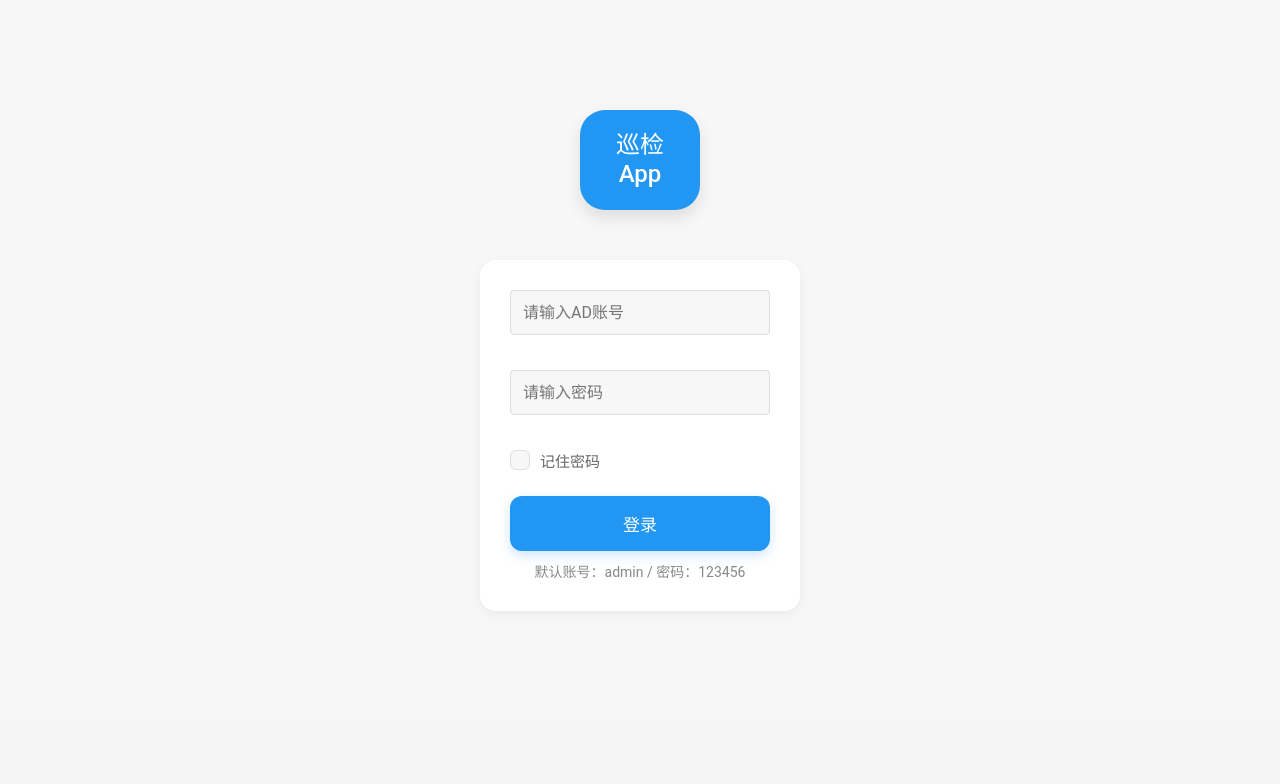
Repository: andyzheung/check-app
Page: /inspection-form (app in App/web/)
An editor plug-in stored every save of this project. The page is shown before and after the next save, followed by the edit.
The browser window is 1280 px wide. The pictures show the whole page.
The project was rebuilt for these pictures with package versions that can differ from the ones it lists, and the page was loaded fresh each time. Also part of the build but not shown: App/web/vite.config.js, App/web/src/assets/css/main.css.

Above is the page before, as saved 2025-05-22 21:06:00.

After the next save:
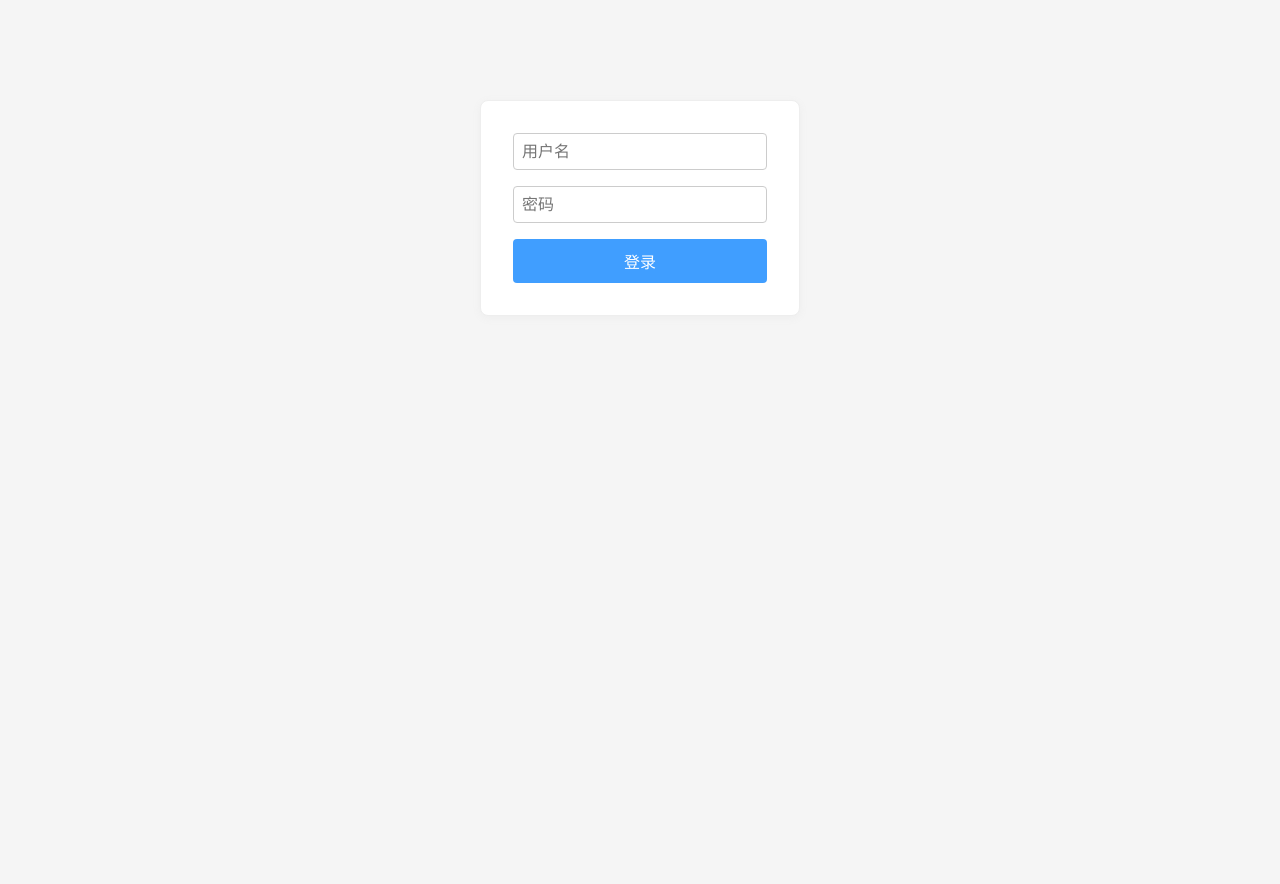
Saved 22 s later.
--- a/App/web/src/views/Login.vue
+++ b/App/web/src/views/Login.vue
@@ -1,68 +1,62 @@
 <template>
-  <div class="login-container">
-    <div class="login-logo">巡检<br />App</div>
-    <div class="login-form">
-      <div class="input-group">
-        <input type="text" class="input-field" v-model="username" placeholder="请输入AD账号" />
-      </div>
-      <div class="input-group">
-        <input type="password" class="input-field" v-model="password" placeholder="请输入密码" />
-      </div>
-      <div class="remember-password">
-        <label class="checkbox-container">
-          <input type="checkbox" v-model="remember" />
-          <span class="checkmark"></span>
-          记住密码
-        </label>
-      </div>
-      <button class="login-button" @click="handleLogin">登录</button>
-      <p class="login-tip">默认账号：admin / 密码：123456</p>
-    </div>
+  <div class="login">
+    <input v-model="username" placeholder="用户名" />
+    <input v-model="password" type="password" placeholder="密码" />
+    <button @click="doLogin">登录</button>
+    <div v-if="errorMsg" class="error">{{ errorMsg }}</div>
   </div>
 </template>
 
 <script setup>
-import { ref, onMounted } from 'vue'
-import { useRouter } from 'vue-router'
+import { ref } from 'vue'
+import { login } from '@/api/auth'
 
-const router = useRouter()
 const username = ref('')
 const password = ref('')
-const remember = ref(false)
+const errorMsg = ref('')
 
-onMounted(() => {
-  // 自动填充记住的账号密码
-  const saved = JSON.parse(localStorage.getItem('login-remember') || '{}')
-  if (saved.username && saved.password) {
-    username.value = saved.username
-    password.value = saved.password
-    remember.value = true
-  }
-})
-
-const handleLogin = () => {
-  // 这里依然用admin/123456做模拟
-  if (username.value === 'admin' && password.value === '123456') {
-    if (remember.value) {
-      localStorage.setItem('login-remember', JSON.stringify({ username: username.value, password: password.value }))
-    } else {
-      localStorage.removeItem('login-remember')
-    }
-    localStorage.setItem('user', JSON.stringify({ username: username.value, role: '管理员' }))
-    router.push('/home')
+async function doLogin() {
+  errorMsg.value = ''
+  const res = await login(username.value, password.value)
+  if (res.success) {
+    window.location.href = '/'
   } else {
-    alert('账号或密码错误')
+    errorMsg.value = res.message
   }
 }
 </script>
 
-<style>
-@import url('@/assets/css/common.css');
-@import url('@/assets/css/login.css');
-.login-tip {
-  text-align: center;
-  color: #888;
+<style scoped>
+.login {
+  max-width: 320px;
+  margin: 100px auto;
+  padding: 32px;
+  border: 1px solid #eee;
+  border-radius: 8px;
+  background: #fff;
+  box-shadow: 0 2px 8px #eee;
+  display: flex;
+  flex-direction: column;
+  gap: 16px;
+}
+input {
+  padding: 8px;
+  font-size: 16px;
+  border: 1px solid #ccc;
+  border-radius: 4px;
+}
+button {
+  padding: 10px;
+  font-size: 16px;
+  background: #409eff;
+  color: #fff;
+  border: none;
+  border-radius: 4px;
+  cursor: pointer;
+}
+.error {
+  color: #e74c3c;
   font-size: 14px;
-  margin-top: 10px;
+  margin-top: 8px;
 }
 </style>
